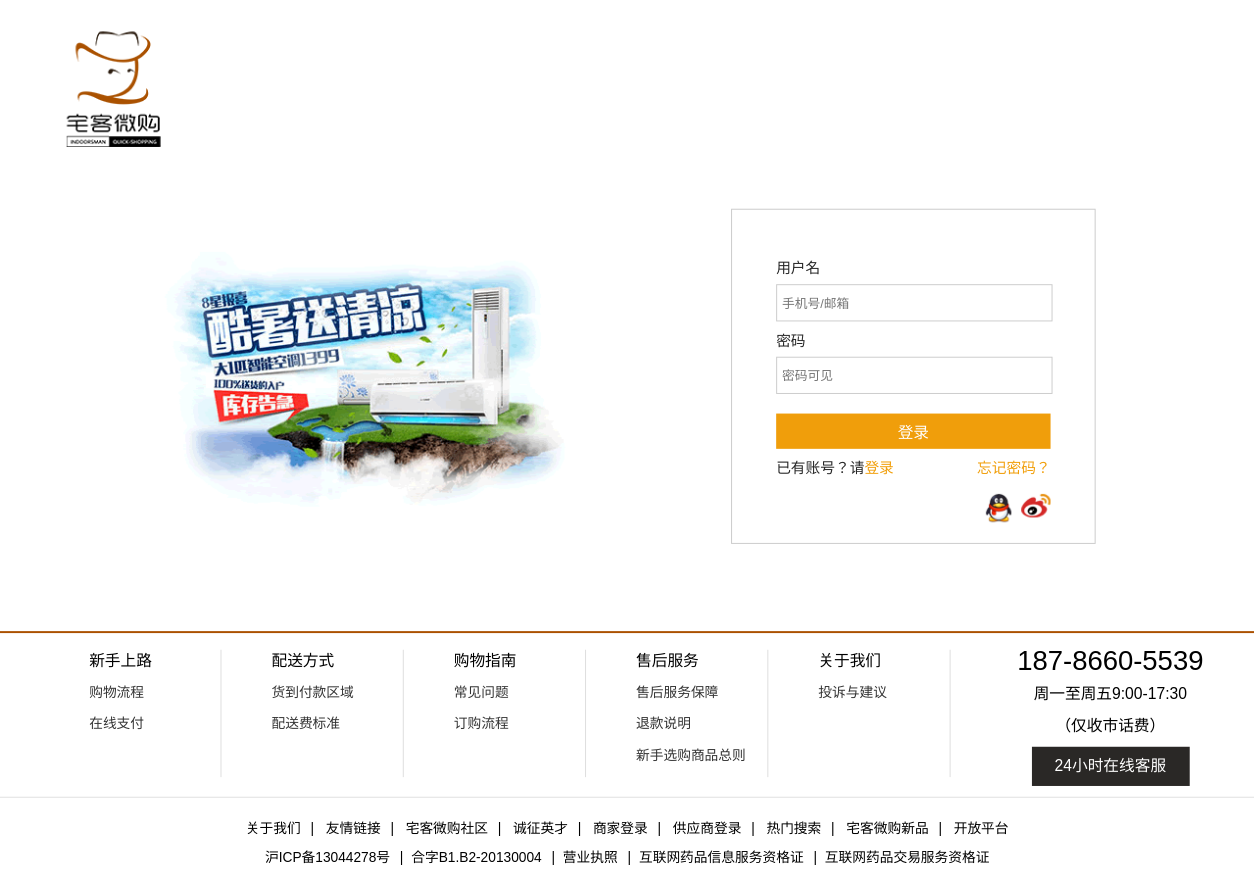
Repository: hucongting/MobliePhoneMall
Page: http://localhost/HelloMall/home/login.jsp
The author's editor kept a copy of each file at every save. The page is drawn from the files as they stood at one save, then again after the next save.
The browser window is 1280 px wide. The pictures show the whole page, at 98% of full size.
The page is served by Tomcat 9. Nobody is signed in. The application's start-up code is not run. Other server files are loaded and not shown.

Above is the page before, as saved 2018-09-01 07:23:01.

### HelloMall/src/main/webapp/home/login.jsp
<%@ page language="java" contentType="text/html; charset=UTF-8"
    pageEncoding="UTF-8"%>
<!DOCTYPE html>
<html>
<head>
<meta http-equiv="Content-Type" content="text/html; charset=utf-8" />
<title>登录</title>
<link rel="stylesheet" type="text/css" href="css/style.css" />
<link rel="stylesheet" type="text/css" href="css/shopping-mall-index.css" />
<script type="text/javascript" src="js/jquery.js"></script>
<script type="text/javascript" src="js/zhonglin.js"></script>
</head>

<body>

	<div class="sign-logo w1200">
		<h1><a href="#" title="宅客微购"><img src="images/logo.jpg" /></a></h1>
	</div>
	<div class="sign-con w1200">
	<img src="images/logn-tu.gif" class="sign-contu f-l" />
    <div class="sign-ipt f-l">
    	<p>用户名</p>
        <input type="text" placeholder="手机号/邮箱" />
        <p>密码</p>
        <input type="text" placeholder="密码可见" /><br />
        <button class="slig-btn">登录</button>
        <p>已有账号？请<a href="#">登录</a><a href="#" class="wj">忘记密码？</a></p>
        <div class="sign-qx">
        	<a href="#" class="f-r"><img src="images/sign-xinlan.gif" /></a>
        	<a href="#" class="qq f-r"><img src="images/sign-qq.gif" /></a>
            <div style="clear:both;"></div>
        </div>
    </div>
    <div style="clear:both;"></div>
</div>

    <!--底部服务-->
    <jsp:include page="bottom.jsp"></jsp:include>
</body>
</html>

### HelloMall/src/main/webapp/home/bottom.jsp
<%@ page language="java" contentType="text/html; charset=UTF-8"
    pageEncoding="UTF-8"%>
<!DOCTYPE html>
<html>
<head>
<meta charset="UTF-8">
</head>
<body>

    <!--底部服务-->
    <div class="ft-service">
    	<div class="w1200">
        	<div class="sv-con-l2 f-l">
            	<dl>
                	<dt><a href="#">新手上路</a></dt>
                    <dd>
                    	<a href="#">购物流程</a>
                    	<a href="#">在线支付</a>
                    </dd>
                </dl>
                <dl>
                	<dt><a href="#">配送方式</a></dt>
                    <dd>
                    	<a href="#">货到付款区域</a>
                    	<a href="#">配送费标准</a>
                    </dd>
                </dl>
                <dl>
                	<dt><a href="#">购物指南</a></dt>
                    <dd>
                    	<a href="#">常见问题</a>
                    	<a href="#">订购流程</a>
                    </dd>
                </dl>
                <dl>
                	<dt><a href="#">售后服务</a></dt>
                    <dd>
                    	<a href="#">售后服务保障</a>
                    	<a href="#">退款说明</a>
                    	<a href="#">新手选购商品总则</a>
                    </dd>
                </dl>
                <dl>
                	<dt><a href="#">关于我们</a></dt>
                    <dd>
                    	<a href="#">投诉与建议</a>
                    </dd>
                </dl>
                <div style="clear:both;"></div>
            </div>
        	<div class="sv-con-r2 f-r">
            	<p class="sv-r-tle">187-8660-5539</p>
            	<p>周一至周五9:00-17:30</p>
            	<p>（仅收市话费）</p>
            	<a href="#" class="zxkf">24小时在线客服</a>
            </div>
            <div style="clear:both;"></div>
        </div>
    </div>

    <!--底部 版权-->
    <div class="footer w1200">
    	<p>
        	<a href="#">关于我们</a><span>|</span>
        	<a href="#">友情链接</a><span>|</span>
        	<a href="#">宅客微购社区</a><span>|</span>
        	<a href="#">诚征英才</a><span>|</span>
        	<a href="#">商家登录</a><span>|</span>
        	<a href="#">供应商登录</a><span>|</span>
        	<a href="#">热门搜索</a><span>|</span>
        	<a href="#">宅客微购新品</a><span>|</span>
        	<a href="#">开放平台</a>
        </p>
        <p>
        	沪ICP备13044278号<span>|</span>合字B1.B2-20130004<span>|</span>营业执照<span>|</span>互联网药品信息服务资格证<span>|</span>互联网药品交易服务资格证
        </p>
    </div>
</body>
</html>

### HelloMall/src/main/webapp/home/css/style.css
@charset "utf-8";
/* CSS Document */

/*CSS 初始化*/
body, v, dl, dt, dd, ul, ol, li, h1, h2, h3, h4, h5, h6, pre, form, fieldset, input, p, blockquote, th, td { margin:0; padding:0; }
body {
	font-size:12px;
	/* [disabled]color:#666; */
	font-family:"Microsoft Yahei",Heiti,arial,helvetica,sans-serif!important;/*font-family:Verdana, Microsoft YaHei, Simsun;*/
	line-height:23px;
}
fieldset, img { border:0;}
img{ display:block;}
ol, ul { list-style:none; }
h1, h2, h3, h4, h5, h6{ font-size:100%;}
em { font-style:normal; }
input, button, select, textarea{ outline:none;}
textarea { resize:none; }
a { color:#666;text-decoration:none; }
a:hover { text-decoration:none;}
a:focus{outline:none; -moz-outline:none;}		/*解决  去除 a 链接点击后有一个虚线的边框出现*/

/*a:hover{ color:#F09E0B;}*/

/*公用样式*/
.w1200{ width:1200px; margin:0 auto;}
.mt20{ margin-top:20px;}
.f-l{ float:left;}
.f-r{ float:right;}
.none{ display:none;}

/*top 开始*/
.top{ width:100%; height:43px; background-color:#FAFAFA; border-bottom:1px solid #e5e5e5;}
.top-con .t-con-l{ font-size:14px; color:#000; line-height:43px;}
.top-con .t-con-r li{ float:left; margin-left:45px; line-height:43px;}
.top-con .t-con-r .erweima{ position:relative;}
.top-con .t-con-r .erweima a{padding-right:25px; background:url(../images/erweima-bg.jpg) no-repeat 80px center;}
.top-con .t-con-r .erweima .ewm-tu{ width:94px; height:94px; padding:10px; background-color:#fff; border:1px solid #e5e5e5; overflow:hidden; position:absolute;top:43px; right:0; display:none;}
.top-con .t-con-r .erweima .ewm-tu a{ padding:0;}
.top-con .t-con-r li a{ font-size:14px; color:#000;}
.top-con .t-con-r li a:hover{ color:#F09E0B;}

/*logo search 开始*/
.hd-info1 .logo{ width:96px; height:118px; margin:16px 0 0 30px;}
.hd-info1 .search{ width:580px;margin-top:40px;}
.search .sp li{ float:left; width:52px; height:29px; line-height:29px; text-align:center;}
.search .sp li a{ font-size:14px; color:#000;}
.search .sp .current{ background-color:#F19F0B;}
.search .sp .current a{ color:#fff;}
.search .srh{ width:578px;}
.search .srh .ipt{background-color:#F19F0B; border-radius:0 3px 3px 3px; padding:2px;}
.search .srh .ipt input{ width:451px; height:43px; border:none; padding:0 10px; font-size:16px; color:#333;}
.search .srh button{ width:95px; height:47px; background-color:#F19F0B; font-size:15px; color:#fff; cursor:pointer; border:none;}
.search .sp2{ margin-top:3px;}
.search .sp2 li{ float:left; margin-right:12px;}
.search .sp2 li a{ font-size:14px; color:#7F7F7F;}
.hd-info1 .dianji{ width:126px; height:97px; margin:44px 0 0 184px;}
.dianji button{ border:none; cursor:pointer; }
.dianji .btn1,.dianji .btn2{ width:124px; height:40px; background-color:#F19F0B; border:1px solid #F9AA5B; border-radius:1px;}
.dianji .btn1{ margin-bottom:13px;}
.dianji .btn1 button{ font-size:14px; color:#fff;width:62px; height:40px; float:left;}
.dianji .btn1 .btn1-l{ background-color:#F19F0B;}
.dianji .btn1 .btn1-r{ background-color:#fff; color:#AB5100;}
.dianji .btn2{ font-size:15px; color:#fff;}

/*切换城市*/
.switch-city{ margin:0 auto 15px; position:relative;}
.switch-city .dianji-qh{ font-size:14px; color:#131313; margin:0 10px 0 15px;}
.switch-city span{ font-size:14px; color:#AB5100;}
.select-city{ width:1200px;background:#fff; padding-bottom:30px; position:absolute; left:0; top:33px; display:none; z-index:9;}
.select-city .sl-city-top{ height:42px; background-color:#F2F2F2;}
.select-city .sl-city-top p{ line-height:42px; font-size:14px; color:#000; margin-left:12px;}
.select-city .sl-city-top .close-select-city{ margin:12px;}
.select-city .sl-city-con{ padding:0 20px;}
.select-city .sl-city-con p{ margin:20px 0; font-size:18px; color:#000;}
.select-city .sl-city-con dt{ width:56px; font-size:14px; font-weight:bold; color:#000; float:left; margin-right:8px;}
.select-city .sl-city-con dl{margin-bottom:10px;}
.select-city .sl-city-con dd{ float:left; width:1095px;}
.select-city .sl-city-con dd a{ display:inline-block; margin-right:10px; font-size:14px; color:#000;}
.switch-city a:hover{ color:#F09E0B;}
.switch-city .select-city .sl-city-con dd a:hover{ color:#F09E0B;}

/*nav 开始*/
.nav{ position:relative;}
.nav .sp-kj{ width:267px; height:47px; line-height:47px; font-size:16px; color:#fff; float:left; background:#F09E0B url(../images/sp-kj-bg.jpg) no-repeat 6px center; padding-left:35px; position:relative;}
.nav .kj-show{ width:302px; height:560px;z-index:1; position:absolute; top:47px; left:0;}
.nav ul{ float:left;}
.nav li{ float:left; width:112px; height:47px; line-height:47px; text-align:center;}
.nav li a{ font-size:15px; color:#1F1F1F;}
.nav li a:hover{ color:#F09E0B;}
   /**************在线商城首页快捷二的中方法**************/
.nav .kj-show2{width:302px;height:560px;background-color:#2B2B2B;z-index:2;position:relative;position:absolute; top:47px; left:0; }
.nav .kj-show2 .kj-info1{ border-top:1px solid #343434; border-bottom:1px solid #000;}
.nav .kj-show2 .kj-dl1{ padding:5px 10px 5px;}
.nav .kj-show2 .kj-dl1 dt{padding-left:20px; background:url(../images/kj-show-dt-tu1.gif) no-repeat left center; margin-bottom:4px;}
.nav .kj-show2 .kj-dl1 dt a{ font-size:14px; font-weight:bold;color:#fff;}
.nav .kj-show2 .kj-dl1 dt a:hover{ color:#F09E0B;}
.nav .kj-show2 .kj-dl1 dd{ line-height:30px;font-size:14px; color:#fff;padding-left:20px;}
.nav .kj-show2 .hover-show-bg{ background-color:#fff;}
.nav .kj-show2 .hover-show-bg .kj-dl1 dt{background:url(../images/kj-show-dt-tu1-show.gif) no-repeat left center;}
.nav .kj-show2 .hover-show-bg dt a{ color:#2b2b2b;}
.nav .kj-show2 .hover-show-bg dd{color:#2b2b2b;}
.nav .kj-show2 .kj-if-show{ display:none; width:680px; min-height:558px;border:1px solid #DBDBDB; border-left:none; background-color:#fff; position:absolute; top:0; left:302px;}
.nav .kj-show2 .kj-if-show dl{ margin:0 11px;padding:15px 8px;border-bottom:1px solid #D5D5D5;}
.nav .kj-show2 .kj-if-show dl dt{ width:150px; font-size:14px; color:#000; font-weight:bold; float:left;}
.nav .kj-show2 .kj-if-show dl dd{ float:left; width:490px;}
.nav .kj-show2 .kj-if-show dl dd a{ display:inline-block;font-size:14px; color:#000; margin-right:30px;}
.nav .kj-show2 .kj-if-show dl dd a:hover{ color:#F09E0B;}
/*nav END*/

/*banner 图*/
.style-banner img{ margin:0 auto;}

/*banner 开始*/
.banner-box{ width:100%; height:560px; /*background:url(../images/banner-bgtu.jpg) no-repeat top center;*/}
.banner{ height:560px; position:relative; overflow:hidden;/**/}
.banner ul{ width:7200px; position:relative; left:0；}
.banner li{ float:left;}
.banner .bnr{ display:inline-block; width:67px; height:121px; line-height:121px; text-align:center; background-color:#000; color:#fff; font-size:36px; font-family:"宋体"; opacity:0.3; position:absolute; top:220px; left:311px;}
.banner .bnr-right{ left:1120px;}

/*热门推荐*/
.hot-recommend h3{ font-size:18px; color:#000; font-weight:normal; margin-top:20px;}
.hot-recommend ul{ width:1199px; margin:13px auto 0;border-left:1px solid #ECECEC; border-top:1px solid #ECECEC;}
.hot-recommend li{ float:left; width:299px; height:236px; overflow:hidden; border-right:1px solid #ECECEC;border-bottom:1px solid #ECECEC;}
.hot-recommend li img{margin:0 auto;}
.hot-recommend .ys1{ position:relative;}
.hot-recommend .ys1 .ys1-opt{ width:223px; height:75px; background-color:#fff; position:absolute; top:144px; left:39px; opacity:0.7;}
.hot-recommend .ys1 .ys1-ft{width:223px; height:75px;position:absolute; top:144px; left:39px;}
.hot-recommend .ys1 .ys1-ft p{display:inline-block; width:94px; font-size:18px; color:#000;margin:14px 0 0 15px; float:left; text-align:center;}
.hot-recommend .ys1 .ys1-ft p span{  font-size:14px; }
.hot-recommend .ys1 .ys1-ft a{ float:left; width:90px; height:29px; background:url(../images/ys1-a-bg.jpg) no-repeat; text-align:center; line-height:29px; margin-top:25px; font-size:13px; color:#fff;}
.hot-recommend .ys2 p{ font-size:18px; color:#000; text-align:center; margin:13px 0 15px;}
.hot-recommend .ys2 .ys2-a1{ display:block; width:144px; height:29px; line-height:29px; text-align:center; font-size:12px; color:#fff; background:url(../images/ys2-a-bg.gif) no-repeat; margin:0 auto;}

/*广告栏*/
.advertisement{ height:74px; background-color:#EBEBEB; margin-top:20px; overflow:hidden;}

/*广告栏 二*/
.advertisement2{ width:1198px; height:94px; border:1px solid #ECECEC; background-color:#FDFDFD;margin:20px auto;}
.advertisement2 li{ float:left; width:148px; height:94px; border-right:1px solid #ECECEC;}
.advertisement2 li img{ margin:23px auto;}

/*底部服务*/
.ft-service{ width:100%;margin-top:70px; border-top:2px solid #AB5100; border-bottom:1px solid #DFDFDF; padding:17px 0 20px;}
.sv-con-l2{ width:980px;}
.sv-con-l2 dl{ width:134px; height:130px; padding-left:51px;border-right:1px solid #DEDEDE; float:left;}
.sv-con-l2 dl dt{ height:32px;}
.sv-con-l2 dl dt a{ font-size:16px; color:#000;}
.sv-con-l2 dl dt a:hover{ color:#F09E0B;}
.sv-con-l2 dl dd a{ display:block; height:32px; font-size:14px; color:#333;}
.sv-con-l2 dl dd a:hover{color:#F09E0B;}
.sv-con-r2{ width:214px; height:90px; text-align:center;}
.sv-con-r2 p{ font-size:16px; color:#000; margin-bottom:10px;}
.sv-con-r2 .sv-r-tle{ font-size:28px;}
.sv-con-r2 a{ display:block; width:161px; height:40px; line-height:40px; color:#fff; font-size:16px; background-color:#2A2826; margin:0 auto;}

/*底部 版权*/
.footer{ padding:20px 0; text-align:center;}
.footer p{ height:30px;font-size:14px; color:#000;}
.footer p a{ display:inline-block; font-size:14px; color:#000;}
.footer p a:hover{color:#F09E0B;}
.footer p span{ margin:0 8px 0 10px;}

/*分页开始*/
.paging{ width:610px;margin:30px auto 0;}
.pag-left{ margin-right:15px;}
.pag-left .about{ display:inline-block; width:41px; height:35px; line-height:35px; text-align:center; color:#fff; background:#EF9D09; font-size:23px;}
.pag-left .left-m{height:33px; padding:1px;background:#EF9D09;}
.pag-left .left-m li{ float:left; width:39px; height:33px; line-height:33px; text-align:center; background:#fff;}
.pag-left .left-m li:hover{ background:#EF9D09;}
.pag-left .left-m li:hover a{ color:#fff;}
.pag-left .left-m .current{background:#EF9D09;}
.pag-left .left-m .current a{color:#fff;}
.pag-left .left-m li a{ display:block; font-size:14px; color:#000;}
.pag-right .jump-page{ font-size:14px; color:#000; margin-right:10px;}
.pag-right .jump-page input{ border:none; width:48px; height:33px; border:1px solid #EF9D09; margin:0 10px; padding:0 5px;}
.pag-right button{ border:none; width:53px; height:35px; background:#EF9D09; color:#fff; font-size:14px; cursor:pointer;}

/*滚动栏*/
.dingwei{ position:fixed; top:151px; right:74px; z-index:9999;}
.dingwei li{ width:48px; height:48px; border:1px solid #ACACAC; background:#FAFAFA; border-bottom:0; text-align:center;}
.dingwei li .tit img{ margin:8px auto 0;}
.dingwei li .tit{ font-size:10px; color:#434343;}
.dingwei li .dw-con{ display:none; width:130px; height:93px; padding:6px; background:#fff; border:1px solid #ACACAC; position:absolute;top:-58px; left:-144px; text-align:left;}
.dingwei li .dw-con h3{ font-weight:normal; font-size:12px; color:#2A2A2A;}
.dingwei li .dw-con img{margin: 5px 0; }
.dingwei li .dw-con .dw-p1 span{ font-size:13px; color:#666; margin:0 7px;}
.dingwei li .dw-con .dw-p2 span{font-size:12px; color:#F34737; margin:0 3px;}

.dingwei li .fx-con{display:none; width:167px; height:48px;background:#fff; border:1px solid #ACACAC; position:absolute;top:-1px; left:-169px;}
.dingwei li .fx-con li{ float:left; width:55px; border:0;}
.dingwei li .fx-con li a{ font-size:10px; color:#434343;}
.dingwei li .fx-con li img{ height:24px; margin:3px auto 0;}

Loaded but not shown: HelloMall/src/main/webapp/home/js/jquery.js (library); HelloMall/src/main/webapp/home/js/zhonglin.js (361 lines, source omitted); HelloMall/src/main/webapp/home/css/shopping-mall-index.css (1188 lines, source omitted); HelloMall/src/main/webapp/home/index_top.jsp (554 lines, source omitted)

After the next save:
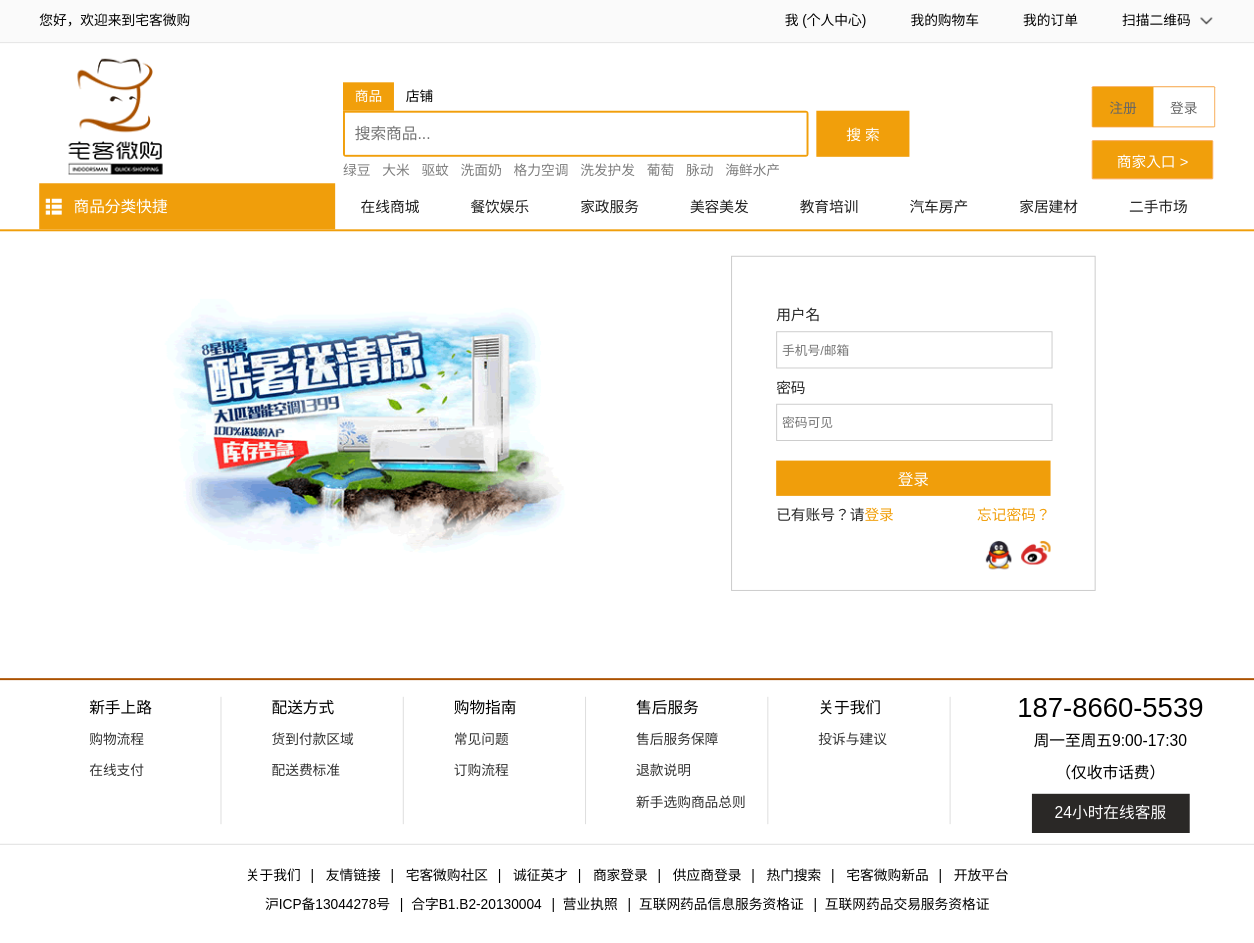
Saved 43 s later.
--- a/HelloMall/src/main/webapp/home/login.jsp
+++ b/HelloMall/src/main/webapp/home/login.jsp
@@ -13,9 +13,7 @@
 
 <body>
 
-	<div class="sign-logo w1200">
-		<h1><a href="#" title="宅客微购"><img src="images/logo.jpg" /></a></h1>
-	</div>
+	<jsp:include page="index_top.jsp"></jsp:include>
 	<div class="sign-con w1200">
 	<img src="images/logn-tu.gif" class="sign-contu f-l" />
     <div class="sign-ipt f-l">
